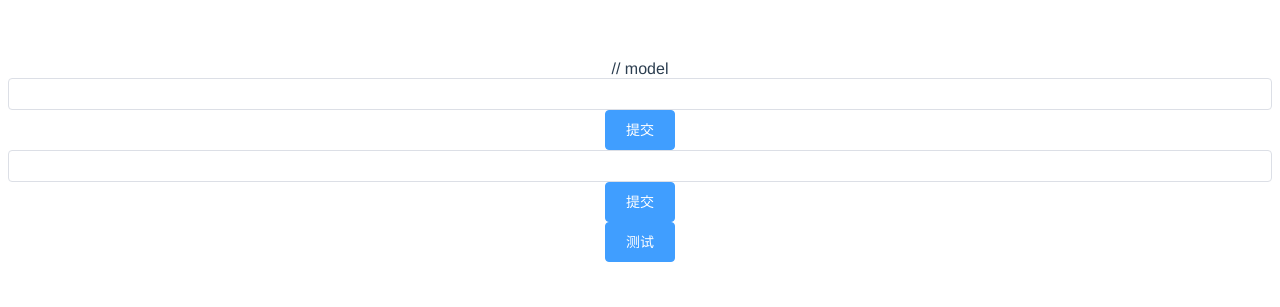
Repository: liuzhilin-lzl/vue-project
Page: /
These files come from the project's save history. The page is drawn as it stood at one moment and after the next save; the edit follows.
The browser window is 1280 px wide. The pictures show the whole page.
The project was rebuilt for these pictures with package versions that can differ from the ones it lists, and the page was loaded fresh each time.

Above is the page before, as saved 2021-11-20 21:42:02.

### src/main.js
/*
 * @Author: your name
 * @Date: 2021-10-17 12:42:10
 * @LastEditTime: 2021-11-08 17:29:31
 * @LastEditors: Please set LastEditors
 * @Description: In User Settings Edit
 * @FilePath: /vue-project/src/main.js
 */
import Vue from 'vue'
import App from './App.vue'
// import Antd from 'ant-design-vue';
import ElementUI from 'element-ui';
import 'element-ui/lib/theme-chalk/index.css';
// import 'ant-design-vue/dist/antd.css';
import "tailwindcss/tailwind.css"


Vue.config.productionTip = false;

// Vue.use(Antd);
Vue.use(ElementUI);

Vue.config.productionTip = false

new Vue({
	render: h => h(App),
}).$mount('#app')

### src/App.vue
<template>
  <div id="app">
    <Preview/>
  </div>
</template>
<script>
import Preview from '@/view/Preview'


export default {
  name: 'App',
  components: {
    Preview
  }
}
</script>

<style>
#app {
  font-family: Avenir, Helvetica, Arial, sans-serif;
  -webkit-font-smoothing: antialiased;
  -moz-osx-font-smoothing: grayscale;
  text-align: center;
  color: #2c3e50;
  margin-top: 60px;
}
</style>

### src/view/Preview.vue
<!--
 * @Author: your name
 * @Date: 2021-10-28 11:16:55
 * @LastEditTime: 2021-11-20 21:41:53
 * @LastEditors: Please set LastEditors
 * @Description: In User Settings Edit
 * @FilePath: /vue-project/src/view/Preview.vue
-->
<template>
	<div>
		<!-- <h1>通过npm npm i -s area-data</h1> -->
		<!-- <al-cascader v-model="resArr" level="3" data-type="all" size="large" @input="selectArea" />
		<h1>通过 json</h1>
		<Cascader @change="selectArea1" :default-value="defaultArea" />
		<Cascader2 @change="selectArea1" :default-value="defaultArea" />
		<el-button @click="dialogVisible = true">测试</el-button>
		<el-dialog title="提示" :visible.sync="dialogVisible" width="30%">
			<TinymceModal class="component"></TinymceModal>
		</el-dialog> -->
		<!-- <TinymceModal class="component"></TinymceModal> -->
		<!-- <CheckBoxModal v-model="checkValue"></CheckBoxModal> -->
		// model
		<inputModal :changeValue.sync='text' ></inputModal>
		<inputModal :changeValue.sync='text' ></inputModal>
		<el-button type="primary" @click="onClick">测试</el-button>
	</div>
</template>
<script>
// import AlCascader from '../components/Cascader.vue';
// import Cascader from '@/components/cascader/Cascader.vue';
// import Cascader2 from '@/components/cascader/ant-design-vue';
// import TinymceModal from '@/components/tinymceModal/TinymceModal';
// import CheckBoxModal from '@/components/selectModal/checkBoxModal';
import inputModal from '@/components/selectModal/InputModal';

export default {
	name: 'App',
	components: {
		// AlCascader,
		// Cascader,
		// Cascader2,
		// TinymceModal,
		// CheckBoxModal,
		inputModal
	},
	data() {
		return {
			resArr: [],
			defaultArea: '',
			dialogVisible: false,
			checkValue: '',
			text: ''
		};
	},
	methods: {
		selectArea() {
			console.log(this.resArr);
		},
		selectArea1(selectedArea) {
			console.log(selectedArea);
		},
		onClick() {
			console.log(this.text);
		}
	},
};
</script>

<style>
#app {
	text-align: center;
	font-size: 16px;
}
</style>

### src/components/selectModal/InputModal.vue
<!--
 * @Author: your name
 * @Date: 2021-11-20 20:09:35
 * @LastEditTime: 2021-11-20 21:39:52
 * @LastEditors: Please set LastEditors
 * @Description: 打开koroFileHeader查看配置 进行设置: https://github.com/OBKoro1/koro1FileHeader/wiki/%E9%85%8D%E7%BD%AE
 * @FilePath: /vue-project/src/components/selectModal/InputModal.vue
-->

<template>
  <div>
    <el-input size="small" v-model="value" ></el-input>
    <el-button type="primary" @click=updateVal>提交</el-button>
  </div>
</template>
<script>
export default {
  // model: {
  //   prop: 'defaultValue',
  //   event: 'changeValue'
  // },
  props: {
    defaultValue: {
      type: String,
      default: ''
    }
  },
  data() {
    return {
      value: ''
    };
  },
  methods: {
    updateVal(){
      this.$emit('update:changeValue',this.value)
    }
  }
};
</script>

Loaded but not shown: public/index.html (common file)

After the next save:
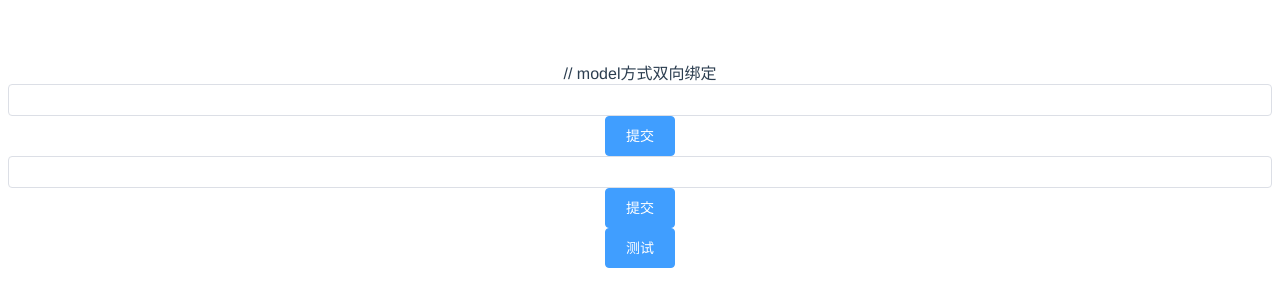
Saved 11 s later.
--- a/src/view/Preview.vue
+++ b/src/view/Preview.vue
@@ -19,7 +19,7 @@
 		</el-dialog> -->
 		<!-- <TinymceModal class="component"></TinymceModal> -->
 		<!-- <CheckBoxModal v-model="checkValue"></CheckBoxModal> -->
-		// model
+		// model方式双向绑定
 		<inputModal :changeValue.sync='text' ></inputModal>
 		<inputModal :changeValue.sync='text' ></inputModal>
 		<el-button type="primary" @click="onClick">测试</el-button>
